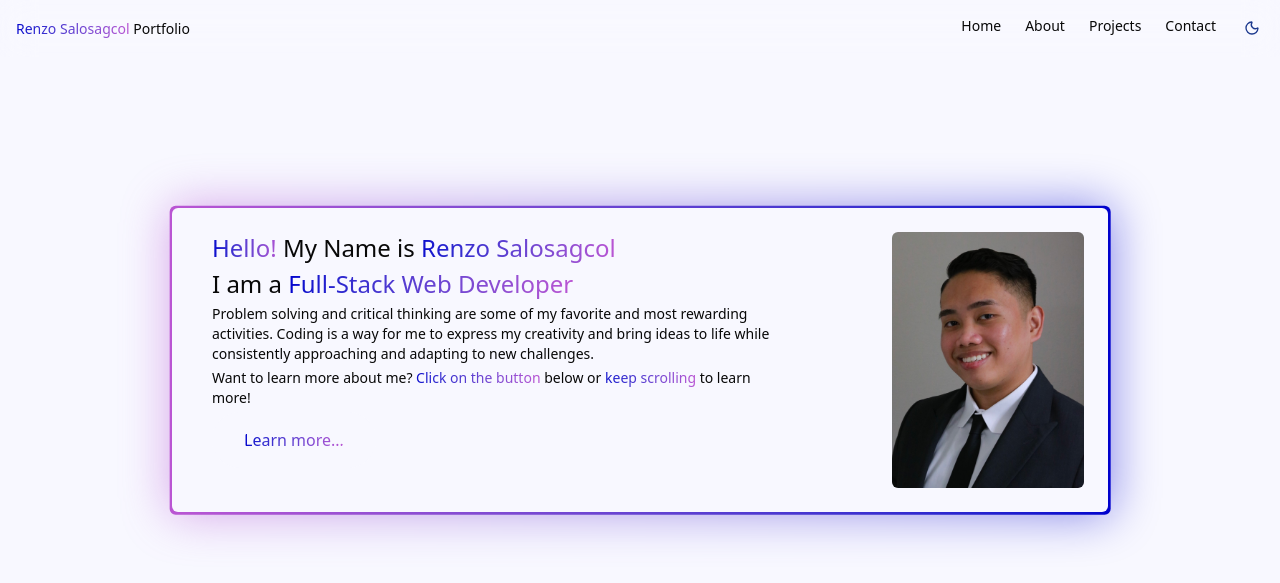
Repository: Renzo-Salosagcol/Updated_Personal_Portfolio
Page: /
An editor plug-in stored every save of this project. The page is shown before and after the next save, followed by the edit.
The browser window is 1280 px wide. The pictures show the whole page.
The project was rebuilt for these pictures with package versions that can differ from the ones it lists, and the page was loaded fresh each time. Also part of the build but not shown: vite.config.js, src/pages/NotFound.jsx.

Above is the page before, as saved 2025-10-09 20:43:35.

### index.html
<!doctype html>
<html lang="en">
  <head>
    <meta charset="UTF-8" />
    <link rel="icon" type="image/svg+xml" href="/vite.svg" />
    <meta name="viewport" content="width=device-width, initial-scale=1.0" />
    <title>updated-personal-portfolio</title>
  </head>
  <body>
    <div id="root"></div>
    <script type="module" src="/src/main.jsx"></script>
  </body>
</html>

### src/index.css
@import "tailwindcss";

@theme {
  --color-background: var(--background);
  --color-foreground: var(--foreground);

  --color-primary: var(--primary);
  --color-secondary: var(--secondary);

  --animate-fade-in: fade-in 1s ease-in forwards;
}

@layer base {
  /* Light Theme */
  :root {
    --background: #f8f8ff; /* Ghost White */
    --foreground: #080808; /* Vampire Black */

    --primary: #0000cd; /* Medium Blue */
    --secondary: #ba55d3; /* Medium Orchid */
  }

  /* Dark Theme */
  .dark {
    --background: #080808; /* Vampire Black */
    --foreground: #f8f8ff; /* Ghost White */

    --primary: #ff0800; /* Candy Apple Red */
    --secondary: #fefc22; /* Laser Lemon */
  }

  html {
    @apply scroll-smooth;
  }

  body {
    @apply bg-background text-foreground transition-colors duration-300;
  }
}

@property --gradient-angle {
  syntax: "<angle>";
  initial-value: 0deg;
  inherits: false;
}

@keyframes spin {
  from {
    --gradient-angle: 0deg;
  }
  to {
    --gradient-angle: 360deg;
  }
}

@keyframes fade-in {
  0% {
    opacity: 0;
    transform: translateY(20px);
  }
  100% {
    opacity: 1;
    transform: translateY(0);
  }
}

@utility container {
  margin-inline: auto;
  padding-inline: 1rem;
}

@utility after-gradient-border {
  @apply absolute h-[101.5%] w-[100.5%] top-1/2 left-1/2 -translate-x-1/2 -translate-y-1/2 rounded-md -z-10 bg-gradient-to-l from-primary to-secondary;
  content: '';
  /* animation: 3s spin linear infinite; */
}

@utility before-gradient-border {
  @apply after-gradient-border;
  filter: blur(1.5rem);
  opacity: 0.5;
}

@utility gradient-text {
  @apply text-transparent bg-clip-text bg-gradient-to-r from-primary to-secondary transition-colors duration-300;
}

@utility gradient-button {
  @apply flex justify-center items-center rounded-full py-[1em] px-[2em] bg-background border-none hover:cursor-pointer;
}

@utility gradient-button-inner {
  @apply flex h-full w-full items-center justify-center rounded-full bg-background gradient-text
}

@utility gradient-border {
  @apply after:after-gradient-border before:before-gradient-border
}

@utility glassmorphism {
  @apply bg-background/30 backdrop-blur-lg
}

### src/App.jsx
import { BrowserRouter, Routes, Route } from "react-router-dom"
import { Home } from "./pages/Home"
import { NotFound } from "./pages/NotFound"

function App() {
  return (
    <BrowserRouter>
      <Routes>
        <Route path="/" element={<Home />} />
        <Route path="*" element={<NotFound />} />
      </Routes>
    </BrowserRouter>
  )
}

export default App

### src/pages/Home.jsx
import { Background } from "../components/Background"
import { Navbar } from "../components/Navbar"
import { Hero } from "../components/Hero"

export const Home = () => {
  return (
    <div id="home" className="w-full h-screen">
      {/* Background */}
      <Background />


      {/* Navbar */}
      <Navbar />

      {/* Main */}
      <Hero />

      {/* Footer */}
    </div>
  )
}

### src/components/Background.jsx


export const Background = () => {
  return (
    <div className="fixed inset-0 overflow-hidden pointer-events-none -z-40 bg-background w-screen h-screen">
    </div>
  )
}

### src/components/Navbar.jsx
import { ThemeToggle } from './ThemeToggle'

const items = [
  { name: 'Home', href: '#home' },
  { name: 'About', href: '#about' },
  { name: 'Projects', href: '#projects' },
  { name: 'Contact', href: '#contact' },
]

export const Navbar = () => {
  return (
    <nav className="fixed top-0 left-0 w-full p-2 flex items-center justify-between glassmorphism z-40 text-sm md:text-md text-foreground">
      <a href="#home" className="p-2"><span className="gradient-text">Renzo Salosagcol</span> Portfolio</a>
      <ul className="flex gap-6 p-2">
        {items.map(item => (
          <li key={item.name}
            className="hover:gradient-text transition-all duration-300 relative">
            <a href={item.href}>{item.name}</a>
          </li>
        ))}
        <li><ThemeToggle /></li>
      </ul>
    </nav>
  )
}

### src/components/Hero.jsx


export const Hero = () => {
  return (
    <main className="relative min-h-screen flex items-center justify-center max-w-10/12 rounded-md container z-0">
      <div className="z-0 relative gradient-border opacity-0 animate-fade-in">
        <div className="w-full h-full relative container flex justify-between gap-6 rounded-md p-6 bg-background">
          <div className="container flex flex-col gap-1">
            <h1 className="text-lg md:text-xl lg:text-2xl">
              <span className="gradient-text">Hello! </span>
              My Name is
              <span className="gradient-text"> Renzo Salosagcol</span>
            </h1>
            <h1 className="text-lg md:text-xl lg:text-2xl">I am a <span className="gradient-text">Full-Stack Web Developer</span></h1>
            <h3 className="w-md md:w-lg lg:w-xl text-sm">Problem solving and critical thinking are some of my favorite and most rewarding activities. Coding is a way for me to express my creativity and bring ideas to life while consistently approaching and adapting to new challenges.</h3>
            <h3 className="w-md md:w-lg lg:w-xl text-sm">Want to learn more about me?
              <span className="gradient-text"> Click on the button</span> below or
              <span className="gradient-text"> keep scrolling</span> to learn more!
            </h3>
            <a
              href="#about"
            >
            <button className="gradient-button">
              <div className="gradient-button-inner">Learn more...</div>
            </button>
            </a>
          </div>
          <div>
            <img
            src="../../headshot.jpeg"
            alt="Headshot Photo"
            className="rounded-md w-64 h-64 object-cover"
            />
          </div>
      </div>
      </div>
    </main>
  )
}

### src/components/ThemeToggle.jsx
import { useState, useEffect } from "react"
import { Sun, Moon } from "lucide-react"

export const ThemeToggle = () => {
  const [isDark, setIsDark] = useState(false)

  useEffect(() => {
    const theme = localStorage.getItem("theme")
    if (theme) {
      setIsDark(theme === "dark")
      document.documentElement.classList.toggle("dark", theme === "dark")
    }
  }, [])

  const toggleTheme = () => {
    setIsDark(!isDark)
    document.documentElement.classList.toggle("dark", !isDark)
    localStorage.setItem("theme", !isDark ? "dark" : "light")
  }

  return (
    <button
      onClick={toggleTheme}
      className="max-sm:hidden p-1 z-50 rounded-full transition-color duration-300 focus:outline-hidden hover:cursor-pointer"
    >
      {isDark ? (
        <Sun className="h-4 w-4 text-yellow-300" />
      ) : (
        <Moon className="h-4 w-4 text-blue-900" />
      )}
    </button>

  )
}

Loaded but not shown: src/main.jsx (common file)

After the next save:
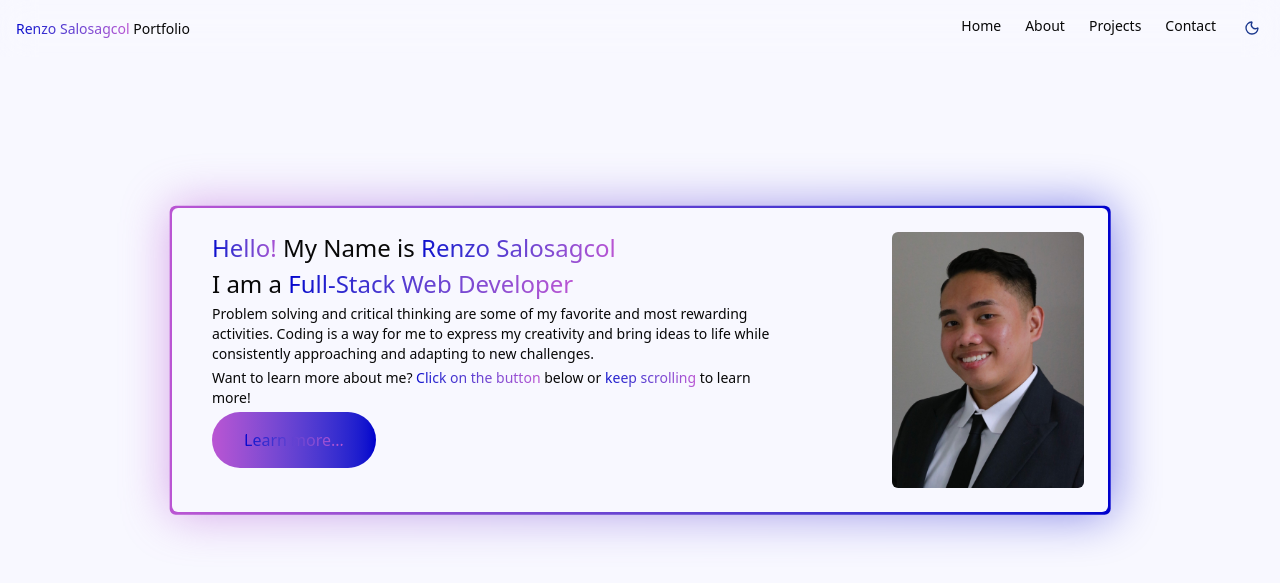
Saved 3 min 22 s later.
--- a/src/index.css
+++ b/src/index.css
@@ -86,7 +86,7 @@
 }
 
 @utility gradient-button {
-  @apply flex justify-center items-center rounded-full py-[1em] px-[2em] bg-background border-none hover:cursor-pointer;
+  @apply flex justify-center items-center rounded-full py-[1em] px-[2em] bg-gradient-to-l from-primary to-secondary hover:cursor-pointer;
 }
 
 @utility gradient-button-inner {
